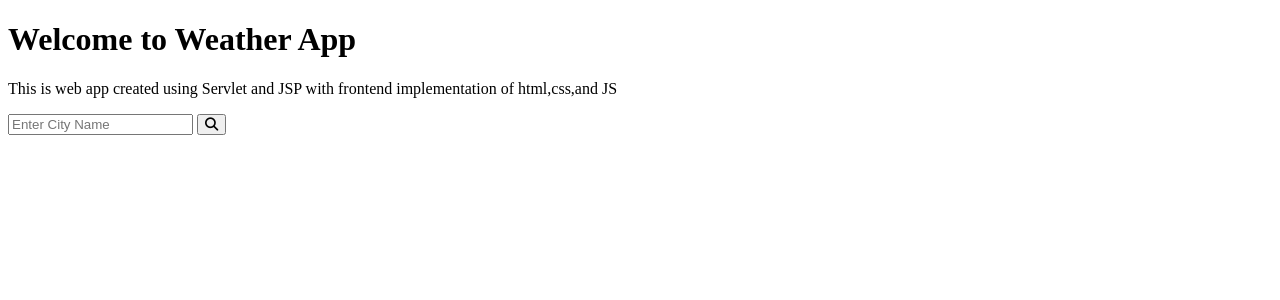
Repository: krv9/projects
Page: http://localhost/WeatherApp/
The author's editor kept a copy of each file at every save. The page is drawn from the files as they stood at one save, then again after the next save.
The browser window is 1280 px wide. The pictures show the whole page.
The page is served by Tomcat 10. Other server files are loaded and not shown.

Above is the page before, as saved 2024-09-24 13:14:11.

### WeatherApp/src/main/webapp/index.html
<!DOCTYPE html>
<html>
<head>
 <meta charset="UTF-8">
    <meta http-equiv="X-UA-Compatible" content="IE=edge">
    <meta name="viewport" content="width=device-width, initial-scale=1.0">
    <title>Weather App</title>
    <link rel="stylesheet" href="https://cdnjs.cloudflare.com/ajax/libs/font-awesome/6.4.0/css/all.min.css" />
    <link rel="stylesheet" href="Style.css" />

</head>
<body>
<div class="main container">
   		<h1 id="font">Welcome to Weather App</h1>
   		<p id="font">This is web app created using Servlet and JSP with frontend implementation of html,css,and JS</p>
        <form action="myservlet" method="post" class="searchInput">
            <input type="text" placeholder="Enter City Name" id="searchInput" name="city"/>
            <button id="searchButton"><i class="fa-solid fa-magnifying-glass"></i></button>
      </form>
 </div>

</body>
</html>

### WeatherApp/src/main/webapp/Style.css
@charset "UTF-8";
.body{
	background:black;
}
.maincontainer{
	width:2rem;
	height:auto;
	background:white;
}

After the next save:
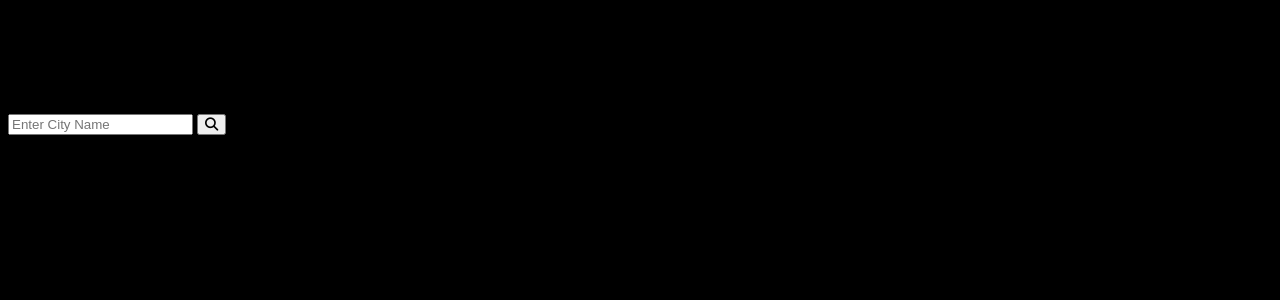
Saved 48 s later.
--- a/WeatherApp/src/main/webapp/Style.css
+++ b/WeatherApp/src/main/webapp/Style.css
@@ -1,5 +1,5 @@
 @charset "UTF-8";
-.body{
+body{
 	background:black;
 }
 .maincontainer{
